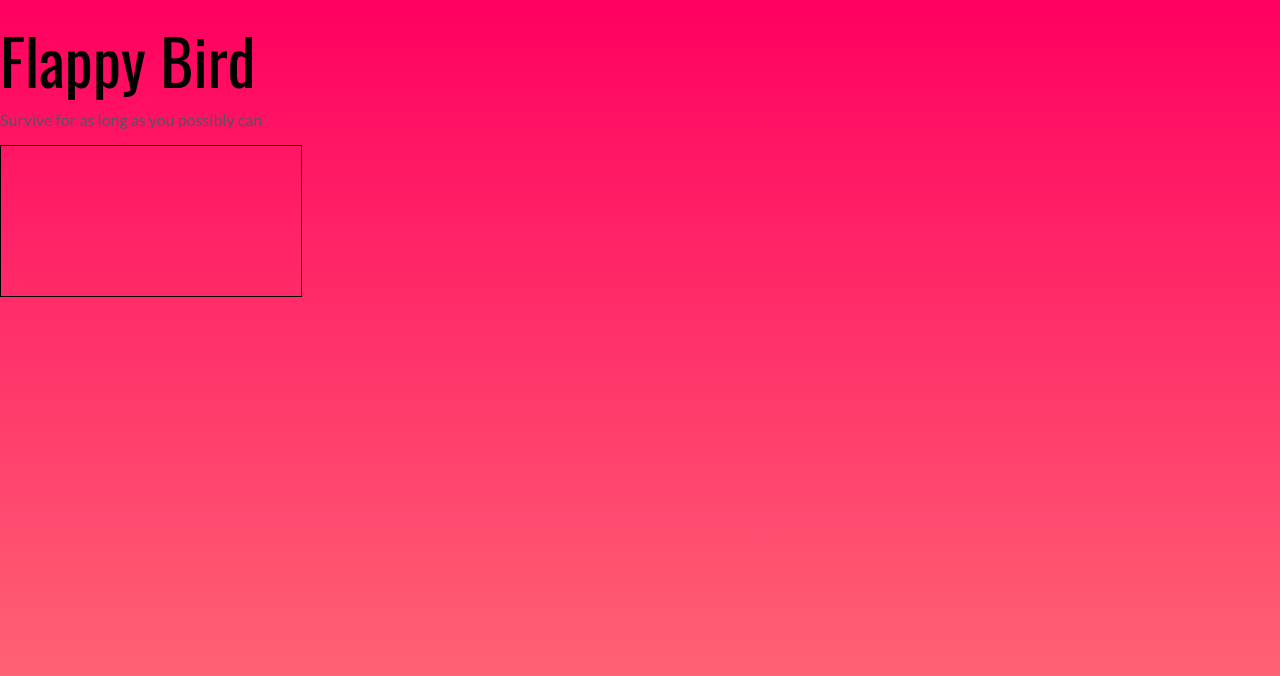
Repository: probably-nick/probably-nick.github.io
Page: FlappyBird.html
The author's editor kept a record of every edit. The page is drawn from the files as they stood at one moment, then again after the next edit.
The browser window is 1280 px wide. The pictures show the whole page.

Above is the page before.
Console error: TypeError: Cannot read properties of null (reading 'bind')

After the next edit:
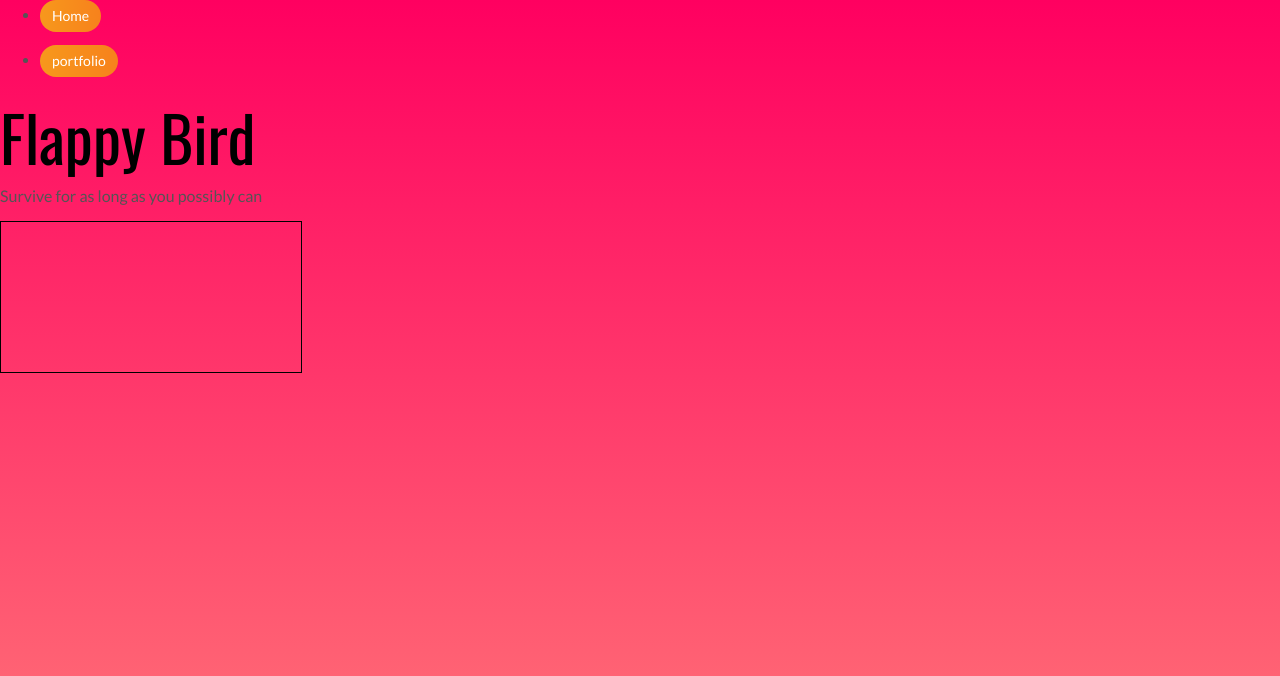
The edit:
--- a/FlappyBird.html
+++ b/FlappyBird.html
@@ -10,6 +10,10 @@
   </head>
 
   <body>
+     <ul>
+        <li><p><a href="index.html" class="btn btn-info btn-sm">Home</a></p></li>
+        <li><p><a href="portfolio.html" class="btn btn-info btn-sm">portfolio</a></p></li>
+        </ul>
     <h1>Flappy Bird</h1>
     <p>Survive for as long as you possibly can</p>
 
